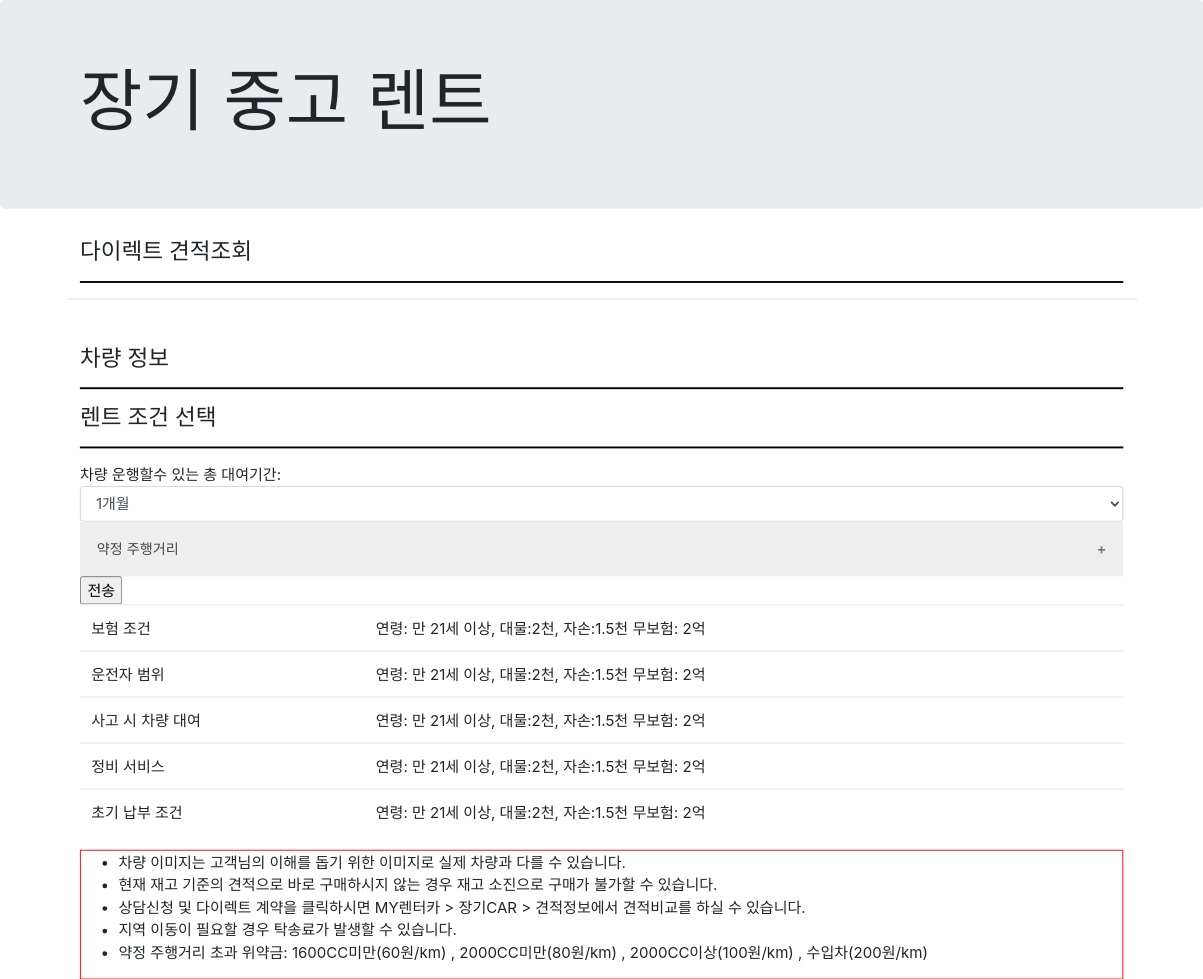
Repository: hyebinkim00/Project
Page: http://localhost/jsp/long_lent_oldcar/carLent.jsp
These files come from the project's save history. The page is drawn as it stood at one moment and after the next save; the edit follows.
The browser window is 1280 px wide. The pictures show the whole page, at 94% of full size.
The page is served by Tomcat 9. Other server files are loaded and not shown. Queries for data that is not in the repository find no rows.

Above is the page before, as saved 2020-09-15 09:01:56.

### jsp/WebContent/long_lent_oldcar/carLent.jsp
<%@page import="java.net.URLDecoder"%>
<%@page language="java" contentType="text/html; charset=UTF-8" pageEncoding="UTF-8"%>
<%@taglib prefix="c" uri="http://java.sun.com/jsp/jstl/core" %>
<%@taglib prefix="sql" uri="http://java.sun.com/jsp/jstl/sql"  %>
<% request.setCharacterEncoding("utf-8");
//URLEncoder.encode

String carname=request.getParameter("carname");
/* String carname = new String(request.getParameter("carname").getBytes("8859_1"), "EUC-KR"); */

%>

<!DOCTYPE html>
<html>
<head>
<meta name="viewport" content="width=device-width, initial-scale=1">
<style>
.accordion {
  background-color: #eee;
  color: #444;
  cursor: pointer;
  padding: 18px;
  width: 100%;
  border: none;
  text-align: left;
  outline: none;
  font-size: 15px;
  transition: 0.4s;
}

.active, .accordion:hover {
  background-color: #ccc;
}

.accordion:after {
  content: '\002B';
  color: #777;
  font-weight: bold;
  float: right;
  margin-left: 5px;
}

.active:after {
  content: "\2212";
}

.panel {
  padding: 0 18px;
  background-color: white;
  max-height: 0;
  overflow: hidden;
  transition: max-height 0.2s ease-out;
}

div.f{
border: 1px solid red;}
</style>
<link rel="stylesheet" href="../resources/css/bootstrap.min.css" />
<meta charset="UTF-8" />
<title>장기 중고 상세</title>
<script src="https://code.jquery.com/jquery-3.5.1.min.js"></script>
<script src="https://ajax.googleapis.com/ajax/libs/jquery/3.5.1/jquery.min.js"></script>

</head>
<body>
<script type="text/javascript">

		function checkTest1() {

			let testValue = document.getElementById("cntrTermMm1").value;

			document.getElementById("result1").innerHTML = testValue;

		}
</script>

<script type="text/javascript">

		function checkTest2() {

			let testValue = document.getElementById("cntrTermMm2").value;

			document.getElementById("result2").innerHTML = testValue;

		}
</script>

	<div class="jumbotron">
		<div class="container">
			<h1 class="display-3">장기 중고 렌트</h1>
		</div>
	</div>

<div class="container">
<h4>다이렉트 견적조회</h4>
<hr style="border: solid 1px black " />

	<div class="row" style="border: 1px solid #eeeeee">
		<sql:setDataSource var="dataSource"
			url="jdbc:oracle:thin:@localhost:1521:XE"
			driver="oracle.jdbc.driver.OracleDriver"
			user="hr" password="hr"/>
			<sql:query var="resultSet" dataSource="${dataSource}">
			select * from member where id=?
			 <sql:param value="${param.carname}"/>
			</sql:query>
			<c:forEach var="row" items="${resultSet.rows}">
			<div class="col-md-5" style="border-spacing: 5px;">

				<img src="../resources/images/${row.carname}.jpg" style="width: 100%;">
			</div>
			<div class="col-md-1">

			</div>
			<div class="col-md-6">
				<br><br>


				<h3>
				<c:out value="${row.carname}"/>
				</h3>

				<hr>
				<table>
					<tr>
						<td colspan="2"><span><strong>모델명</strong></span></td>
						<td>올 뉴모닝 1.0[가솔린]VAN</td>
					</tr>
					<tr>
						<td colspan="2"><span><strong>소비자 가</strong></span>  &nbsp; &nbsp; &nbsp;</td>
						<td>10,700,000 원</td>
					</tr>
					<tr>
						<td colspan="2"><span><strong>계약 기간</strong></span></td>
						<td>최대11개월</td>
					</tr>
				</table>
				<hr>
				<p>
					표준렌탈료 &nbsp; &nbsp; &nbsp; <font size="5" color="red"> 280,000</font>원
				</p>

			</div>
			</c:forEach>
		</div>



		<div>
		<br><br>
			<h4>차량 정보</h4>
			<hr style="border: solid 1px black " />
			<div>
			<sql:query var="resultSet" dataSource="${dataSource}">
			select * from member where id=?
			 <sql:param value="${param.carname}"/>
			</sql:query>
			<c:forEach var="row" items="${resultSet.rows}">
				<table class="table" id="table">
					<tr>
						<th class="bg-light text-dark">제조사</th>
						<td><c:out value="${row.facname}"></c:out></td>
						<th class="bg-light text-dark">차량번호</th>
						<td><c:out value="${row.id}"></c:out></td>
					</tr>
					<tr>
						<th class="bg-light text-dark">차종</th>
						<td><c:out value="${row.carnum}"></c:out></td>
						<th class="bg-light text-dark">최초 등록일</th>
						<td>2017-10-18</td>
					</tr>
					<tr>
						<th class="bg-light text-dark">모델명</th>
						<td colspan="3">올 뉴모닝 1.0[가솔린]VAN</td>
					</tr>
					<tr>
						<th class="bg-light text-dark">제조사차량옵션</th>
						<td colspan="3">4단자동변속기</td>
					</tr>
					<tr>
						<th class="bg-light text-dark" >제조사차량옵션2</th>
						<td colspan="3">-</td>
					</tr>
					<tr>
						<th class="bg-light text-dark">주행거리</th>
						<td>62,256 km</td>
						<th class="bg-light text-dark">연료</th>
						<td>휘발유</td>
					</tr>
					<tr>
						<th class="bg-light text-dark">배기량</th>
						<td>1,000 cc</td>
						<th class="bg-light text-dark">색상</th>
						<td>스파클링실버</td>
					</tr>
					<tr>
						<th class="bg-light text-dark">지역</th>
						<td colspan="3"></td>
					</tr>
				</table>
				</c:forEach>
			</div>
		</div>

<div>
<h4> 렌트 조건 선택 </h4>
<hr style="border: solid 1px black " />


<form method="post" action="NewFile.jsp" >
<div ><span>차량 운행할수 있는 총 대여기간: &nbsp; &nbsp; &nbsp; &nbsp;</span>
<select  class="form-control" name="cntrTermMm" name="cntrTermMm1"  id="cntrTermMm1"  onchange="checkTest2()">
<option value="1개월">1개월</option>
<option value="2개월">2개월</option>
<option value="3개월">3개월</option>
<option value="4개월">4개월</option>
<option value="5개월">5개월</option>
</select>
</div>

<button class="accordion">약정 주행거리  <span id="result2"></span></button>
<div class="panel"><span>계약기간 총 주행거리 초과 시 위약금 발생   </span>
<select  name="cntrTermMm" id="cntrTermMm2" class="option01" onchange="checkTest2()" >
<option value="월 2천 Km이하">월 2천 Km이하</option>
<option value="월 3천 Km이하">월 3천 Km이하</option>
<option value="월 4천 Km이하">월 4천 Km이하</option>
</select>
</div>

<input type="submit" value="전송">
</form>
</div>


<table class="table talbe-hover">
<tr><td>보험 조건</td><td>연령: 만 21세 이상, 대물:2천, 자손:1.5천 무보험: 2억</td></tr>
<tr><td>운전자 범위</td><td>연령: 만 21세 이상, 대물:2천, 자손:1.5천 무보험: 2억</td></tr>
<tr><td>사고 시 차량 대여</td><td>연령: 만 21세 이상, 대물:2천, 자손:1.5천 무보험: 2억</td></tr>
<tr><td>정비 서비스</td><td>연령: 만 21세 이상, 대물:2천, 자손:1.5천 무보험: 2억</td></tr>
<tr><td>초기 납부 조건</td><td>연령: 만 21세 이상, 대물:2천, 자손:1.5천 무보험: 2억</td></tr>
</table>

<div class="f">
<ul>
<li>차량 이미지는 고객님의 이해를 돕기 위한 이미지로 실제 차량과 다를 수 있습니다.</li>
<li>현재 재고 기준의 견적으로 바로 구매하시지 않는 경우 재고 소진으로 구매가 불가할 수 있습니다.</li>
<li>상담신청 및 다이렉트 계약을 클릭하시면 <span class="cl-point2">MY렌터카 &gt; 장기CAR &gt; 견적정보</span>에서 견적비교를 하실 수 있습니다.</li>
<li>지역 이동이 필요할 경우 탁송료가 발생할 수 있습니다.</li>
<li>약정 주행거리 초과 위약금: 1600CC미만(60원/km) , 2000CC미만(80원/km) , 2000CC이상(100원/km) , 수입차(200원/km)</li>
</ul>

</div>




</div>










<script>
var acc = document.getElementsByClassName("accordion");
var i;

for (i = 0; i < acc.length; i++) {
  acc[i].addEventListener("click", function() {
    this.classList.toggle("active");
    var panel = this.nextElementSibling;
    if (panel.style.maxHeight) {
      panel.style.maxHeight = null;
    } else {
      panel.style.maxHeight = panel.scrollHeight + "px";
    }
  });
}
</script>

</body>
</html>

Loaded but not shown: jsp/WebContent/resources/css/bootstrap.min.css (library)

After the next save:
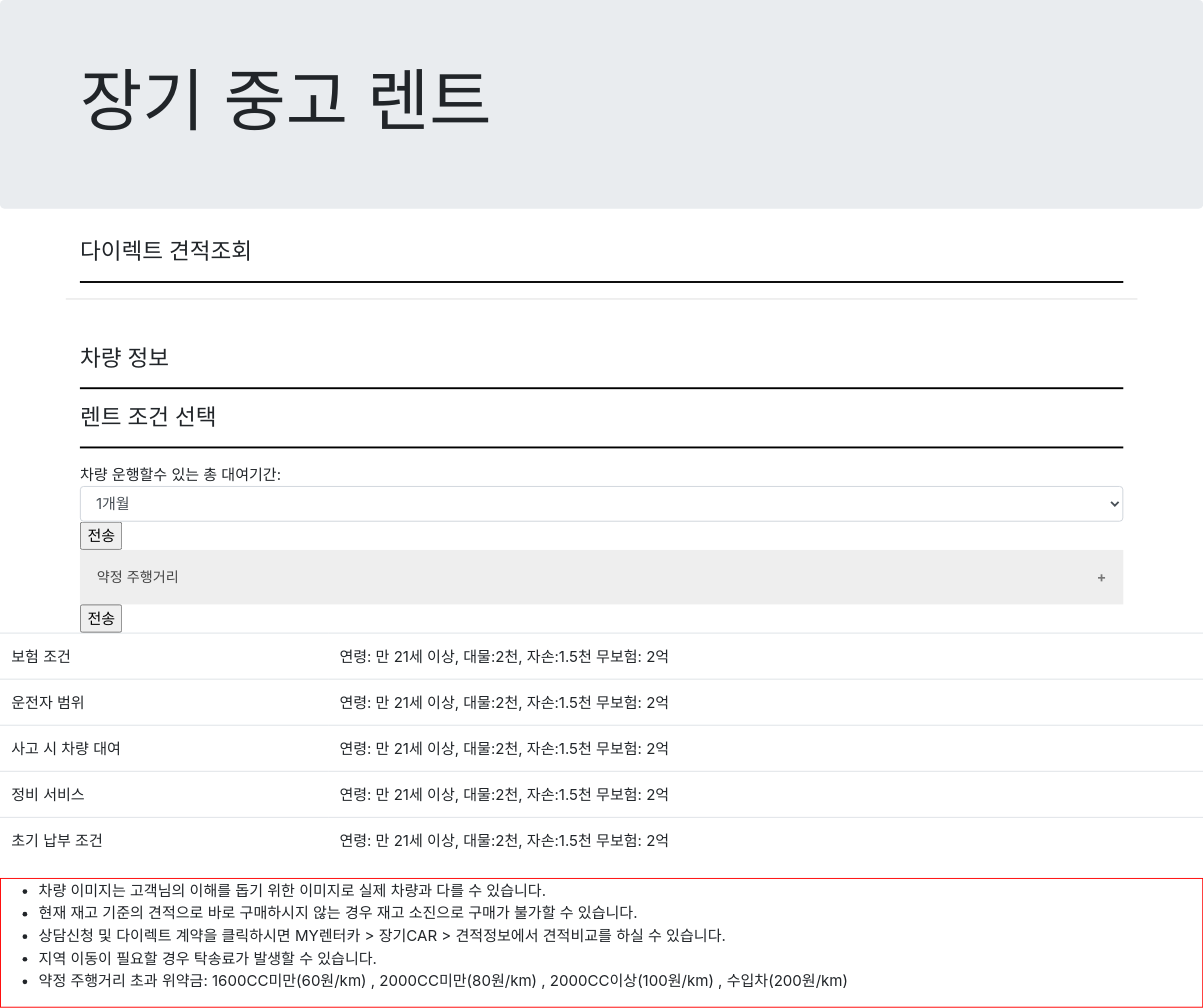
Saved 2 min 0 s later.
--- a/jsp/WebContent/long_lent_oldcar/carLent.jsp
+++ b/jsp/WebContent/long_lent_oldcar/carLent.jsp
@@ -208,14 +208,16 @@ border: 1px solid red;}
 
 
 <form method="post" action="NewFile.jsp" >
-<div ><span>차량 운행할수 있는 총 대여기간: &nbsp; &nbsp; &nbsp; &nbsp;</span>
-<select  class="form-control" name="cntrTermMm" name="cntrTermMm1"  id="cntrTermMm1"  onchange="checkTest2()">
+<span>차량 운행할수 있는 총 대여기간: &nbsp; &nbsp; &nbsp; &nbsp;</span>
+<select  class="form-control" name="cntrTermMm" name="cntrTermMm1"  id="cntrTermMm1" >
 <option value="1개월">1개월</option>
 <option value="2개월">2개월</option>
 <option value="3개월">3개월</option>
 <option value="4개월">4개월</option>
 <option value="5개월">5개월</option>
 </select>
+<input type="submit" value="전송">
+</form>
 </div>
 
 <button class="accordion">약정 주행거리  <span id="result2"></span></button>
@@ -228,7 +230,7 @@ border: 1px solid red;}
 </div>
 
 <input type="submit" value="전송">
-</form>
+
 </div>
 
 
